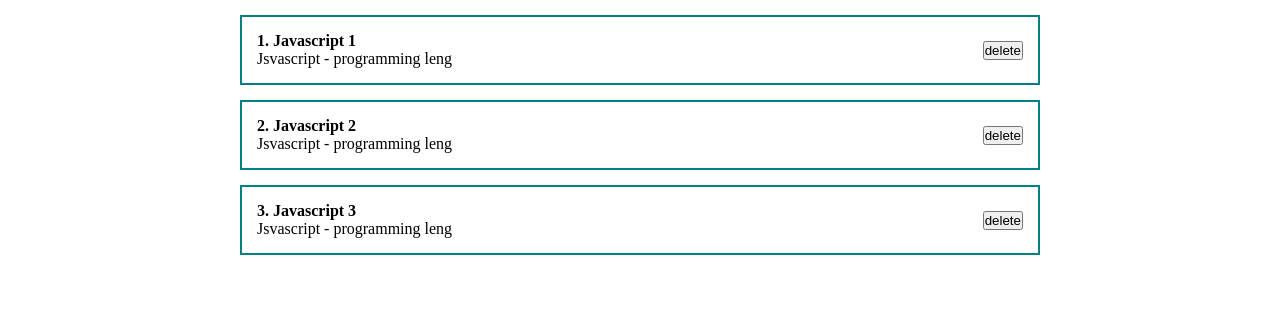
Repository: tsydikov/reactTodo
Page: /
The author's editor kept a copy of each file at every save. The page is drawn from the files as they stood at one save, then again after the next save.
The browser window is 1280 px wide. The pictures show the whole page.
The project was rebuilt for these pictures with package versions that can differ from the ones it lists, and the page was loaded fresh each time.

Above is the page before, as saved 2021-08-29 12:18:44.

### public/index.html
<!DOCTYPE html>
<html lang="en">
  <head>
    <meta name="viewport" content="width=device-width, initial-scale=1" />
    <title>React App</title>
  </head>
  <body>
    <noscript>You need to enable JavaScript to run this app.</noscript>
    <div id="root"></div>
  </body>
</html>

### src/App.js
import React, { useState } from 'react'
import PostItem from './components/PostItem'
import './styles/App.css'

function App() {
  const [posts, setPosts] = useState([
    {id:1, title:'Javascript 1', body:'Jsvascript - programming leng'},
    {id:2, title:'Javascript 2', body:'Jsvascript - programming leng'},
    {id:3, title:'Javascript 3', body:'Jsvascript - programming leng'}
  ])
  return (
    <div className="App">
      {posts.map(post =>
        <PostItem post={post} key={post.id} />
      )}
    </div>
  );
}

export default App;

### src/components/PostItem.jsx
import React from "react";

const PostItem = (props) => {
    return (
        <div className="post">
            <div className="post__content">
                <strong>{props.post.id}. {props.post.title}</strong>
                <div>
                    {props.post.body}
                </div>
            </div>
            <div className="post__btn">
                <button outlined >delete</button>
            </div>
      </div>
    )
}

export default PostItem;

Loaded but not shown: src/index.js (common file); src/styles/App.css (common file)

After the next save:
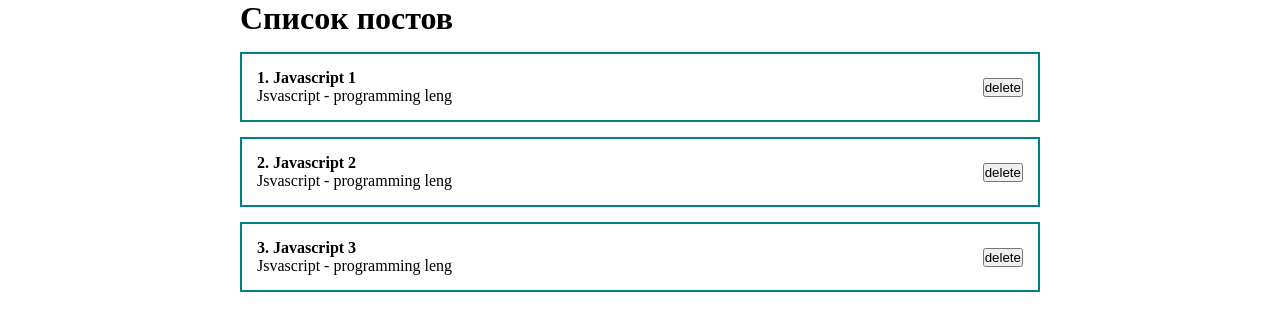
Saved 38 s later.
--- a/src/App.js
+++ b/src/App.js
@@ -10,6 +10,7 @@ function App() {
   ])
   return (
     <div className="App">
+      <h1>Список постов</h1>
       {posts.map(post =>
         <PostItem post={post} key={post.id} />
       )}
